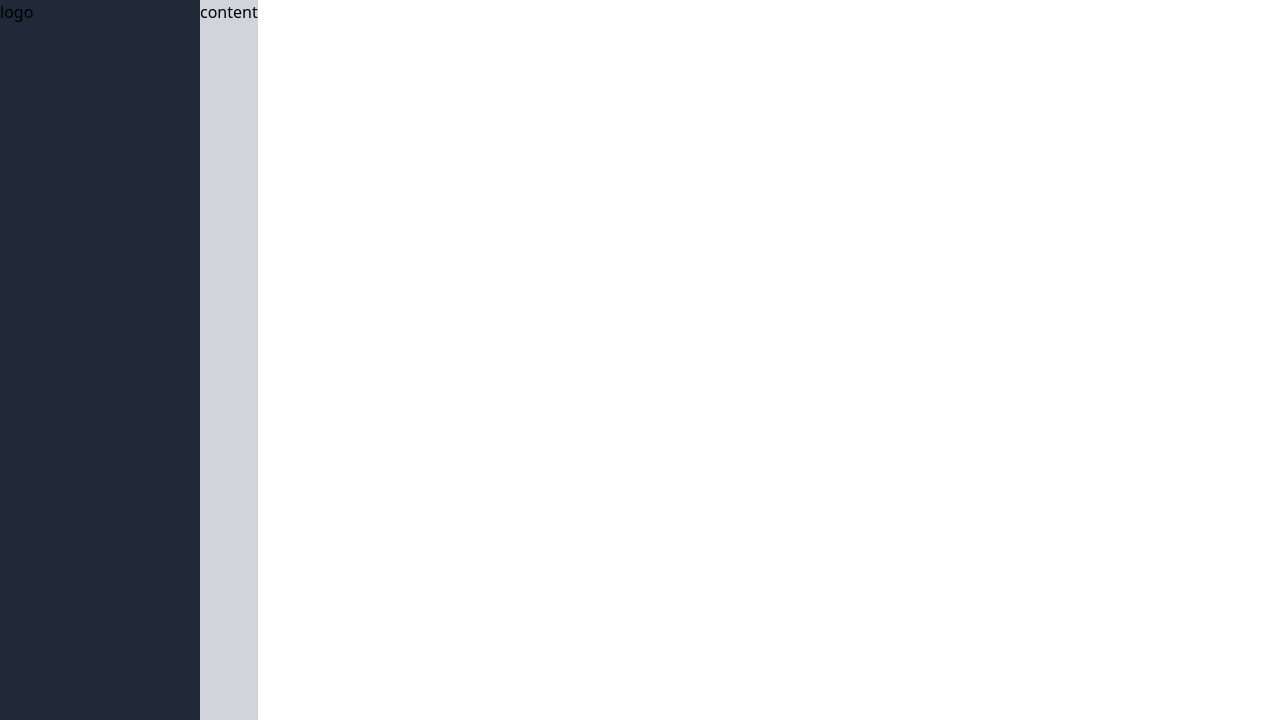
Repository: liangyingbo/vite-vue-TS
Page: /#/admin/home
These files come from the project's save history. The page is drawn as it stood at one moment and after the next save; the edit follows.
The browser window is 1280 px wide. The pictures show the whole page.
The project was rebuilt for these pictures with package versions that can differ from the ones it lists, and the page was loaded fresh each time. Also part of the build but not shown: vite.config.ts, src/components/form/HdButton.vue, src/components/form/HdInput.vue, src/components/form/hdLink.vue, src/styles/global.scss.

Above is the page before, as saved 2022-11-18 19:24:46.

### index.html
<!DOCTYPE html>
<html lang="en">
  <head>
    <meta charset="UTF-8" />
    <link rel="icon" type="image/svg+xml" href="/vite.svg" />
    <meta name="viewport" content="width=device-width, initial-scale=1.0" />
    <link href="https://cdn.bootcdn.net/ajax/libs/font-awesome/6.2.0/css/all.css" rel="stylesheet">
    <title>Vite + Vue + TS</title>
  </head>
  <body>
    <div id="app"></div>
    <script type="module" src="/src/main.ts"></script>
  </body>
</html>

### src/main.ts
import { createApp } from 'vue'
import router, { setupRouter } from '@/router'
import { setupPlugins } from '@/plugins'
import '@/styles/global.scss'
import App from './App.vue'

async function bootstrap() {
    const app = createApp(App)
    setupRouter(app)
    setupPlugins(app)
    await router.isReady()
    app.mount('#app')
}
bootstrap()

### src/router/index.ts
import { App } from 'vue';
import { createRouter, createWebHashHistory } from 'vue-router'
import routes from './routes';
import layoutRoutes from './autoLoad';
import guard from './guard';
const router = createRouter({
    history: createWebHashHistory(),
    routes : [...routes,...layoutRoutes]
})
export function setupRouter(app:App){

    guard(router)
    app.use(router)
}

export default router;

### src/plugins/index.ts
import { App } from "vue";
import { setupTailWindCssPlugin } from "./tailwindcss";

export function setupPlugins(app: App) {
    autoRegisterComponent(app)

    setupTailWindCssPlugin()
}



function autoRegisterComponent(app: App) {
    const components = import.meta.glob('../components/form/*.vue', { eager: true })
    console.log(components)
    Object.keys(components).forEach(key => {
        const name = key.split('/').pop()?.split('.')[0] as string

        app.component(name, components[key].default)
    })
}

### src/App.vue
<script setup lang="ts">

// import {info} from '@/apis/userApi'

//const response =  info()
// console.log(response.then(res=>res.data.age))
// console.log()

 </script>

 <template>

    <router-view ></router-view>
 </template>

<style scoped>
</style>

### src/router/routes.ts
import { RouteRecordRaw } from "vue-router"
 const routes = [
    {
        path:'/home',
        name:'home',
        component:() => import("@/views/home.vue"),
    }
]  as  RouteRecordRaw[]

export default routes

### src/router/autoLoad.ts
import { RouteRecordRaw } from "vue-router";


const layout = import.meta.glob('../layouts/*.vue')
const children = import.meta.glob('../views/**/*.vue')
function getRoutes() {
    const layoutRoutes = [] as RouteRecordRaw[]
    Object.entries(layout).forEach(([file, module]) => {
        const route = getRouteByModule(file, module)
        route.children = getChildrenRoutes(route)
        layoutRoutes.push(route)
    })
    return layoutRoutes
}


// 根据布局路由匹配子路由
function getChildrenRoutes(layoutRoute: RouteRecordRaw) {
    const routes = [] as RouteRecordRaw[]
    Object.entries(children).forEach(([file, module]) => {
        if (file.includes(`../views/${layoutRoute.name as string}`)) {
            const route = getRouteByModule(file, module)
            routes.push(route)
        }
    })
    return routes
}

function getRouteByModule(file: string, module: () => Promise<unknown>) {
    const name = file.replace(/.+layouts\/|.+views\/|\.vue/gi, '')
    const route = {
        name: name.replace('/', '.'),
        path: `/${name}`,
        component: module
    } as RouteRecordRaw

    return route
}
export default getRoutes()

### src/router/guard.ts
 import { RouteLocationNormalized, Router } from "vue-router"


class Guard {
    constructor(private router: Router) { }

    public run() {
          this.router.beforeEach((to,from) =>{
            console.log(to)
             if(!this.isLogin(to)) return {name:'auth.login'}


          })
    }

    private isLogin(route:RouteLocationNormalized){
        // console.log(route.meta)
        console.log(route.meta)
        return true
    }
}

export default (router: Router) => {
    new Guard(router).run()
}

### src/plugins/tailwindcss/index.ts
import './tailwindcss.css'

export function setupTailWindCssPlugin(){

}

### src/layouts/admin.vue
<template>
    <div>
         <router-view></router-view>
    </div>
</template>
<script lang="ts" setup>
import routes from "@/router/routes";


</script>

<script lang="ts">
export default {
    route:{meta:{auth:true}}
}
</script>

<style lang="scss" scoped>

</style>

### src/views/admin/home.vue
<template>
    <div class="w-screen h-screen flex ">
        <div class="w-[200px] bg-gray-800">
             <div class="">logo</div>
        </div>
        <div class="bg-gray-300">
            content
        </div>
    </div>
</template>

<script lang="ts" setup></script>

<style lang="scss" scoped>

</style>

Loaded but not shown: src/plugins/tailwindcss/tailwindcss.css (common file); tailwind.config.cjs (common file)

After the next save:
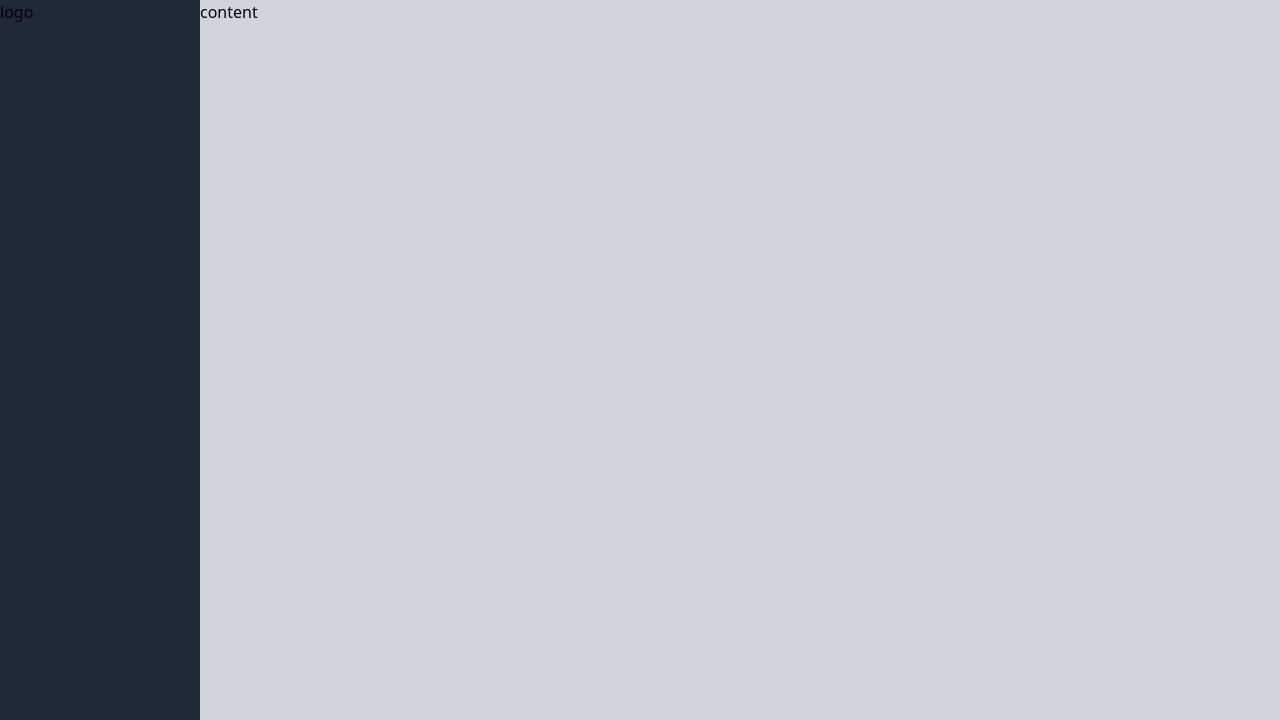
Saved 8 s later.
--- a/src/views/admin/home.vue
+++ b/src/views/admin/home.vue
@@ -3,7 +3,7 @@
         <div class="w-[200px] bg-gray-800">
              <div class="">logo</div>
         </div>
-        <div class="bg-gray-300">
+        <div class="bg-gray-300 flex-1">
             content
         </div>
     </div>
